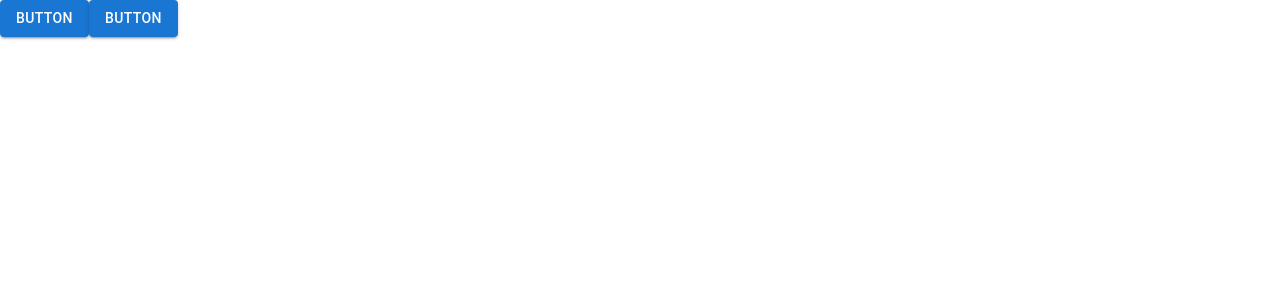
Repository: roistyx/react
Page: /layouts (app in layouts-app/)
The author's editor kept a copy of each file at every save. The page is drawn from the files as they stood at one save, then again after the next save.
The browser window is 1280 px wide. The pictures show the whole page.
The project was rebuilt for these pictures with package versions that can differ from the ones it lists, and the page was loaded fresh each time.

Above is the page before, as saved 2023-04-26 21:52:02.

### layouts-app/src/App.js
import React from 'react';
import { Between } from './components/Line';

export default function App() {
	return (
		<div>
			<Between />
		</div>
	);
}

### layouts-app/src/components/Line.js
import './Line.css';
import React from 'react';
import { Btn } from '../elements/Btn.js';

export const Line = ({ children, addClass }) => {
	return (
		<div className={`Line ${addClass || ''}`}>
			{children}
			<div>
				<Btn>Button</Btn>
				<Btn>Button</Btn>
			</div>
		</div>
	);
};

export const Between = (props) => {
	return <Line {...props} addClass="between" />;
};

export const Rows = (props) => {
	return <Line {...props} addClass="rows" />;
};

export const AlignStart = ({ children }) => {
	return <div className="AlignStart">{children}</div>;
};

### layouts-app/src/components/Line.css
.Line {
	display: flex;
	gap: var(--gap);
	height: 100%;
	align-items: center;
}

.Line.between {
	justify-content: space-between;
}

.Line.rows {
	flex-direction: column;
	align-items: stretch;
}

.AlignStart {
	align-self: flex-start;
}

### layouts-app/src/elements/Btn.js
import { Button } from '@mui/material';

export const Btn = ({ children }) => {
	return (
		<Button variant="contained" color="primary">
			{' '}
			<span>{children}</span>{' '}
		</Button>
	);
	//<button>{children}</button>;
};

Loaded but not shown: layouts-app/public/index.html (common file); layouts-app/src/index.js (common file); layouts-app/src/index.css (common file); layouts-app/src/reportWebVitals.js (common file)

After the next save:
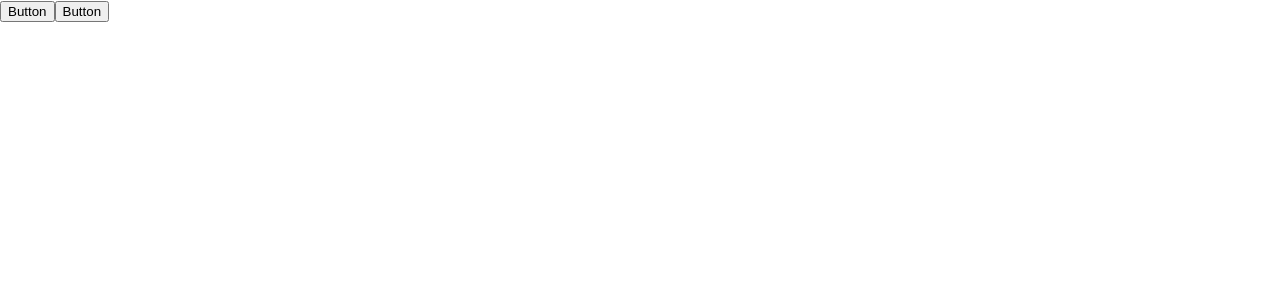
Saved 4 min 31 s later.
--- a/layouts-app/src/elements/Btn.js
+++ b/layouts-app/src/elements/Btn.js
@@ -2,10 +2,12 @@ import { Button } from '@mui/material';
 
 export const Btn = ({ children }) => {
 	return (
-		<Button variant="contained" color="primary">
-			{' '}
+		<button class="">
 			<span>{children}</span>{' '}
-		</Button>
+		</button>
+		// <Button variant="contained" color="primary">
+		// 	{' '}
+		// 	<span>{children}</span>{' '}
+		// </Button>
 	);
-	//<button>{children}</button>;
 };
